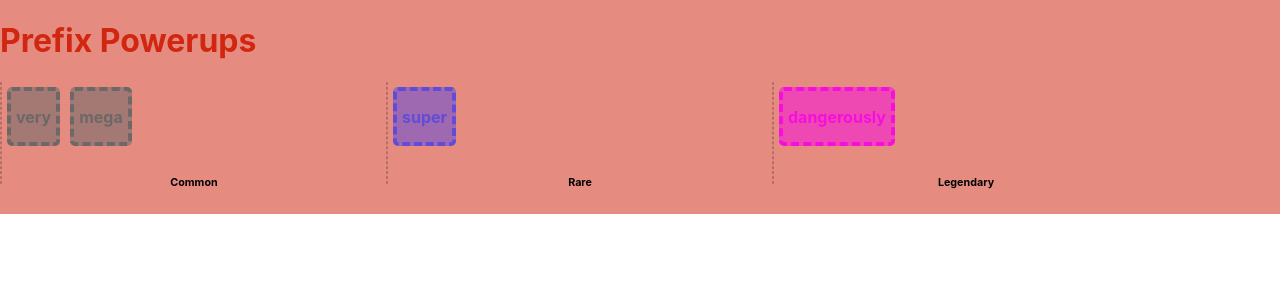
Repository: bsalgado98/buns-inator
Page: /
The author's editor kept a copy of each file at every save. The page is drawn from the files as they stood at one save, then again after the next save.
The browser window is 1280 px wide. The pictures show the whole page.
The project was rebuilt for these pictures with package versions that can differ from the ones it lists, and the page was loaded fresh each time.

Above is the page before, as saved 2022-04-25 22:41:30.

After the next save:
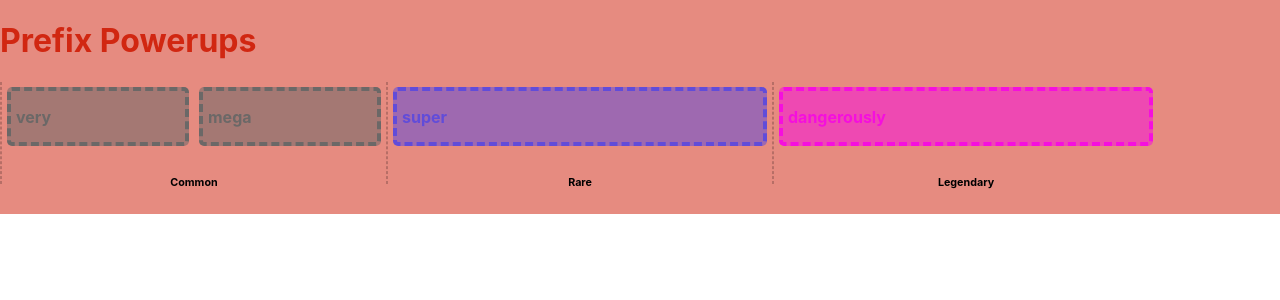
Saved 27 s later.
--- a/src/components/WordCard/WordCard.js
+++ b/src/components/WordCard/WordCard.js
@@ -7,7 +7,8 @@ const WordCard = ({ text = "N/A", color = "#000000" }) => {
                 border: `4px dashed ${color}`,
                 margin: '5px',
                 padding: '5px',
-                borderRadius: '5px'
+                borderRadius: '5px',
+                width: '100%'
             }
         },
         text: {
